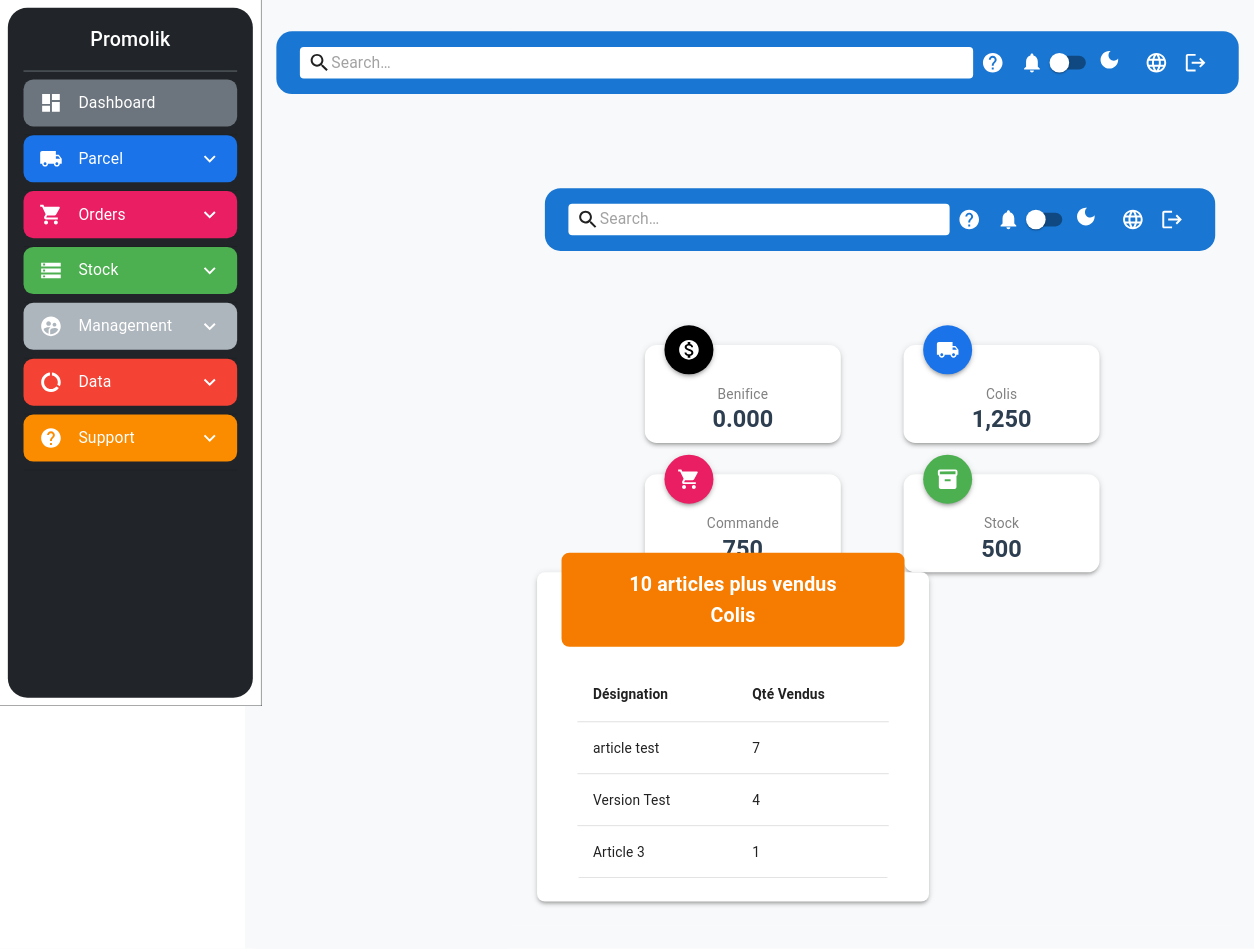
Repository: yosrjdly/stk
Page: /dashboard (app in dashboard/)
An editor plug-in stored every save of this project. The page is shown before and after the next save, followed by the edit.
The browser window is 1280 px wide. The pictures show the whole page, at 98% of full size.
The project was rebuilt for these pictures with package versions that can differ from the ones it lists, and the page was loaded fresh each time. The framework's server and built-in components were replaced by stand-ins that run in the browser. Also part of the build but not shown: dashboard/next.config.ts.

Above is the page before, as saved 2025-02-14 18:26:36.

### dashboard/src/app/dashboard/Layout.tsx
"use client";

import { Box, CssBaseline, Toolbar } from "@mui/material";
import Sidebar from "../../componenets/sidebar/SideBar";
import Navbar from "../../componenets/navbar/Navbar"; // Assuming you have a Navbar component
import { ReactNode } from "react";

interface LayoutProps {
  children: ReactNode;
}

export default function Layout({ children }: LayoutProps) {
  return (
    <Box sx={{ display: "flex" }}>
      <CssBaseline />

      {/* Sidebar (Permanent) */}
      <Sidebar />

      {/* Main Content Area */}
      <Box
        component="main"
        sx={{

          flexGrow: 1,
          p: 3,
          width: `calc(100% - 250px)`, // Adjusting main content width to fit sidebar
          backgroundColor: "#f8f9fa",
          minHeight: "100vh",
        }}
      >
        {/* Navbar */}
        <Navbar />

        {/* Page Content */}
        <Toolbar /> {/* Keeps content from being hidden behind Navbar */}
        {children}
      </Box>
    </Box>
  );
}

### dashboard/src/app/dashboard/page.tsx
import DashboardStats from "@/componenets/cards/smallCard/StatisticCard";
import Layout from "../dashboard/Layout";
import TopSellingCard from "@/componenets/cards/mediumCard/TopSellingCard";

export default function DashboardHome() {
  return (
    <Layout>
    <DashboardStats/>
    <TopSellingCard/>
    </Layout>
  );
}

### dashboard/src/componenets/sidebar/SideBar.tsx
"use client";

import { useState } from "react";
import { useRouter, usePathname } from "next/navigation";
import {
  Drawer,
  List,
  ListItemButton,
  ListItemText,
  Collapse,
  Divider,
  Typography,
  Box,
  IconButton,
} from "@mui/material";
import { ExpandLess, ExpandMore, Brightness4, Brightness7 } from "@mui/icons-material";
import DashboardIcon from '@mui/icons-material/Dashboard';
import LocalShippingIcon from '@mui/icons-material/LocalShipping';
import ShoppingCartIcon from '@mui/icons-material/ShoppingCart';
import StorageIcon from '@mui/icons-material/Storage';
import SupervisedUserCircleIcon from '@mui/icons-material/SupervisedUserCircle';
import DataUsageIcon from '@mui/icons-material/DataUsage';
import HelpIcon from '@mui/icons-material/Help';

const menuItems = [
  {
    title: "Dashboard",
    path: "/dashboard",
    color: "#6c757d",
    icon: <DashboardIcon />,
  },
  {
    title: "Parcel",
    subItems: [
      { title: "Exchange List", path: "/dashboard/parcel/exchangeList" },
      { title: "Exchange Return", path: "/dashboard/parcel/exchangeReturn" },
      { title: "Exchange Creation", path: "/dashboard/parcel/exchangeCreation" },
      { title: "Package Creation", path: "/dashboard/parcel/packageCreation" },
      { title: "Package Edit", path: "/dashboard/parcel/packageEdit" },
      { title: "Package List", path: "/dashboard/parcel/packageList" },
      { title: "Parcel Return", path: "/dashboard/parcel/parcelReturn" },
    ],
    color: "#1a73e8",
    icon: <LocalShippingIcon />,
  },
  {
    title: "Orders",
    subItems: [
      { title: "Cash Sale", path: "/dashboard/orders/cashSale" },
      { title: "Orders", path: "/dashboard/orders/orders" },
    ],
    color: "#e91e63",
    icon: <ShoppingCartIcon />,
  },
  {
    title: "Stock",
    subItems: [
      { title: "Add Article", path: "/dashboard/stock/addArticle" },
      { title: "Entred Stock", path: "/dashboard/stock/entredStock" },
      { title: "Notification", path: "/dashboard/stock/notification" },
      { title: "Stock", path: "/dashboard/stock/stock" },
    ],
    color: "#4caf50",
    icon: <StorageIcon />,
  },
  {
    title: "Management",
    subItems: [
      { title: "Delivery Company", path: "/manegement/deliveryCompany" },
      { title: "Profile", path: "/dashboard/management/profile" },
      { title: "Profit", path: "/dashboard/management/profit" },
      { title: "Spending", path: "/dashboard/management/spending" },
      { title: "User", path: "/dashboard/management/user" },
    ],
    color: "#adb5bd",
    icon: <SupervisedUserCircleIcon />,
  },
  {
    title: "Data",
    subItems: [
      { title: "Archived Parcel", path: "/dashboard/data/archivedParcel" },
      { title: "Command Deleted", path: "/dashboard/data/commandDeleted" },
      { title: "Deleted Parcel", path: "/dashboard/data/deletedParcel" },
      { title: "Inventory Removed", path: "/dashboard/data/inventoryRemoved" },
    ],
    color: "#f44335",
    icon: <DataUsageIcon />,
  },
  {
    title: "Support",
    subItems: [
      { title: "About Us", path: "/dashboard/support/aboutUs" },
      { title: "Claims", path: "/dashboard/support/claims" },
      { title: "User Guide", path: "/dashboard/support/userGuide" },
    ],
    color: "#fb8c00",
    icon: <HelpIcon />,
  },
];

export default function Sidebar() {
  const router = useRouter();
  const pathname = usePathname();
  const [openSections, setOpenSections] = useState<Record<string, boolean>>({});

  const toggleSection = (title: string) => {
    setOpenSections((prev) => ({
      ...prev,
      [title]: !prev[title],
    }));
  };

  return (
    <Drawer variant="permanent" sx={{ width: 250, flexShrink: 0, marginTop: 2 }}>
      <Box sx={{ height: "100%", width: 250, padding: 2, backgroundColor: "#212529", borderRadius: 5, margin: 1 }}>
        <Typography variant="h6" sx={{ color: "white", textAlign: "center", mb: 2 }}>
          Promolik
        </Typography>
        <Divider sx={{ backgroundColor: "#6c757d" }} />
        <List>
          {menuItems.map((item, index) => {
            const isParentActive = item.subItems?.some((subItem) => pathname === subItem.path);

            return (
              <div key={index}>
                {item.subItems ? (
                  <>
                    <ListItemButton
                      sx={{
                        backgroundColor: item.color,
                        borderRadius: "10px",
                        marginBottom: 1,
                        color: "white",
                      }}
                      onClick={() => toggleSection(item.title)}
                    >
                      {item.icon}
                      <ListItemText primary={item.title} sx={{ ml: 2 }} />
                      {openSections[item.title] ? <ExpandLess /> : <ExpandMore />}
                    </ListItemButton>
                    <Collapse in={openSections[item.title]} timeout="auto" unmountOnExit>
                      <List component="div" disablePadding>
                        {item.subItems.map((subItem, subIndex) => (
                          <ListItemButton
                            key={subIndex}
                            sx={{
                              pl: 4,
                              backgroundColor: pathname === subItem.path ? item.color : "transparent",
                              borderRadius: pathname === subItem.path ? "10px" : "0px",
                              marginBottom: 1,
                              color: pathname === subItem.path ? "white" : "#ccc",
                            }}
                            onClick={() => router.push(subItem.path)}
                          >
                            <ListItemText primary={subItem.title} />
                          </ListItemButton>
                        ))}
                      </List>
                    </Collapse>
                  </>
                ) : (
                  <ListItemButton
                    sx={{
                      backgroundColor: pathname === item.path ? item.color : "transparent",
                      borderRadius: pathname === item.path ? "10px" : "0px",
                      marginBottom: 1,
                      color: pathname === item.path ? "white" : "#ccc",
                    }}
                    onClick={() => router.push(item.path)}
                  >
                    {item.icon}
                    <ListItemText primary={item.title} sx={{ ml: 2 }} />
                  </ListItemButton>
                )}
                <Divider />
              </div>
            );
          })}
        </List>
      </Box>
    </Drawer>
  );
}

### dashboard/src/componenets/navbar/Navbar.tsx
'use client';

import React, { useState } from 'react';
import { AppBar, Toolbar, IconButton, InputBase, Menu, MenuItem, Switch, FormControlLabel } from '@mui/material';
import { Search as SearchIcon, Help as HelpIcon, Notifications as NotificationsIcon, Language as LanguageIcon, Logout as LogoutIcon, DarkMode as DarkModeIcon } from '@mui/icons-material';
import { useTheme } from '@mui/material/styles';

const Navbar = () => {
  const [anchorEl, setAnchorEl] = useState(null);
  const [themeMode, setThemeMode] = useState(false); // Dark mode state

  const theme = useTheme();

  const handleMenuOpen = (event) => {
    setAnchorEl(event.currentTarget);
  };

  const handleMenuClose = () => {
    setAnchorEl(null);
  };

  const toggleTheme = () => {
    setThemeMode((prev) => !prev);
    // You can add a theme switcher logic here (like changing the theme color)
  };

  return (
    <AppBar
      position="sticky"
      sx={{
        mx: 1,
        mt: 1,
        borderRadius: '16px',
        boxShadow: 'none',
        backdropFilter: 'blur(10ppx',
        zIndex: 1200,
      }}
    >
      <Toolbar>
        {/* Search Bar */}
        <InputBase
          placeholder="Search…"
          startAdornment={<SearchIcon />}
          sx={{ flexGrow: 1, backgroundColor: theme.palette.background.default, borderRadius: '4px', paddingLeft: '8px' }}
        />

        {/* Help Icon */}
        <IconButton color="inherit" onClick={handleMenuOpen}>
          <HelpIcon />
        </IconButton>

        {/* Notifications Icon */}
        <IconButton color="inherit">
          <NotificationsIcon />
        </IconButton>

        {/* Theme Switch */}
        <FormControlLabel
          control={<Switch checked={themeMode} onChange={toggleTheme} />}
          label={<DarkModeIcon />}
        />

        {/* Language Icon */}
        <IconButton color="inherit">
          <LanguageIcon />
        </IconButton>

        {/* Logout Icon */}
        <IconButton color="inherit">
          <LogoutIcon />
        </IconButton>
      </Toolbar>

      {/* Help Icon Menu */}
      <Menu
        anchorEl={anchorEl}
        open={Boolean(anchorEl)}
        onClose={handleMenuClose}
      >
        <MenuItem onClick={handleMenuClose}>Help Center</MenuItem>
        <MenuItem onClick={handleMenuClose}>Contact Support</MenuItem>
      </Menu>
    </AppBar>
  );
};

export default Navbar;

### dashboard/src/componenets/cards/smallCard/StatisticCard.tsx
'use client';

import React from 'react';
import { Card, CardContent, Typography, Box } from '@mui/material';
import MonetizationOnIcon from '@mui/icons-material/MonetizationOn';
import LocalShippingIcon from '@mui/icons-material/LocalShipping';
import ShoppingCartIcon from '@mui/icons-material/ShoppingCart';
import InventoryIcon from '@mui/icons-material/Inventory';

const StatisticCard = ({
  title,
  value,
  icon,
  bgColor,
}: {
  title: string;
  value: string;
  icon: React.ReactNode;
  bgColor: string;
}) => {
  return (
    <Box sx={{ position: 'relative', display: 'inline-block', mx: 2 }}>
      {/* Floating Icon */}
      <Box
        sx={{
          position: 'absolute',
          top: -20,
          left: 20,
          width: 50,
          height: 50,
          borderRadius: '50%',
          backgroundColor: bgColor,
          display: 'flex',
          alignItems: 'center',
          justifyContent: 'center',
          boxShadow: 3,
        }}
      >
        {icon}
      </Box>

      {/* Card */}
      <Card
        sx={{
          width: 200,
          height: 100,
          borderRadius: 3,
          textAlign: 'center',
          boxShadow: 3,
          backgroundColor: 'white',
          pt: 3,
        }}
      >
        <CardContent>
          <Typography variant="body2" sx={{ color: 'gray' }}>
            {title}
          </Typography>
          <Typography variant="h5" sx={{ fontWeight: 'bold', color: '#2D3E50' }}>
            {value}
          </Typography>
        </CardContent>
      </Card>
    </Box>
  );
};

const DashboardStats = () => {
  const stats = [
    { title: 'Benifice', value: '0.000', icon: <MonetizationOnIcon sx={{ color: 'white' }} />, bgColor: 'black' },
    { title: 'Colis', value: '1,250', icon: <LocalShippingIcon sx={{ color: 'white' }} />, bgColor: '#1a73e8' },
    { title: 'Commande', value: '750', icon: <ShoppingCartIcon sx={{ color: 'white' }} />, bgColor: '#e91e63' },
    { title: 'Stock', value: '500', icon: <InventoryIcon sx={{ color: 'white' }} />, bgColor: '#4caf50' },
  ];

  return (
    <Box display="flex" justifyContent="center" gap={4} flexWrap="wrap" mt={4}>
      {stats.map((stat, index) => (
        <StatisticCard key={index} title={stat.title} value={stat.value} icon={stat.icon} bgColor={stat.bgColor} />
      ))}
    </Box>
  );
};

export default DashboardStats;

### dashboard/src/componenets/cards/mediumCard/TopSellingCard.tsx
"use client";

import { Card, CardContent, Typography, Table, TableBody, TableCell, TableContainer, TableHead, TableRow, Paper, Box } from "@mui/material";

const data = [
  { name: "article test", quantity: 7 },
  { name: "Version Test", quantity: 4 },
  { name: "Article 3", quantity: 1 },
];

const TopSellingCard = () => {
  return (
    <Card sx={{ width: 400, borderRadius: 2, boxShadow: 3, overflow: "visible", display: "flex", flexDirection: "column", alignItems: "center", justifyContent: "center", position: "relative" }}>
      <CardContent sx={{ backgroundColor: "#f57c00", color: "white", textAlign: "center", padding: 2, width: 350, position: "absolute", top: -20,borderRadius: 2 }}>
        <Typography variant="h6" fontWeight="bold">
          10 articles plus vendus
        </Typography>
        <Typography variant="h6" fontWeight="bold">
          Colis
        </Typography>
      </CardContent>
      <CardContent sx={{ width: 350, marginTop: 10 }}>
        <TableContainer component={Paper} elevation={0} sx={{ boxShadow: "none" }}>
          <Table>
            <TableHead>
              <TableRow>
                <TableCell sx={{ fontWeight: "bold" }}>Désignation</TableCell>
                <TableCell sx={{ fontWeight: "bold" }}>Qté Vendus</TableCell>
              </TableRow>
            </TableHead>
            <TableBody>
              {data.map((item, index) => (
                <TableRow key={index}>
                  <TableCell>{item.name}</TableCell>
                  <TableCell>{item.quantity}</TableCell>
                </TableRow>
              ))}
            </TableBody>
          </Table>
        </TableContainer>
      </CardContent>
    </Card>
  );
};

export default TopSellingCard;

Loaded but not shown: dashboard/src/app/layout.tsx (common file); dashboard/src/app/globals.css (common file)

After the next save:
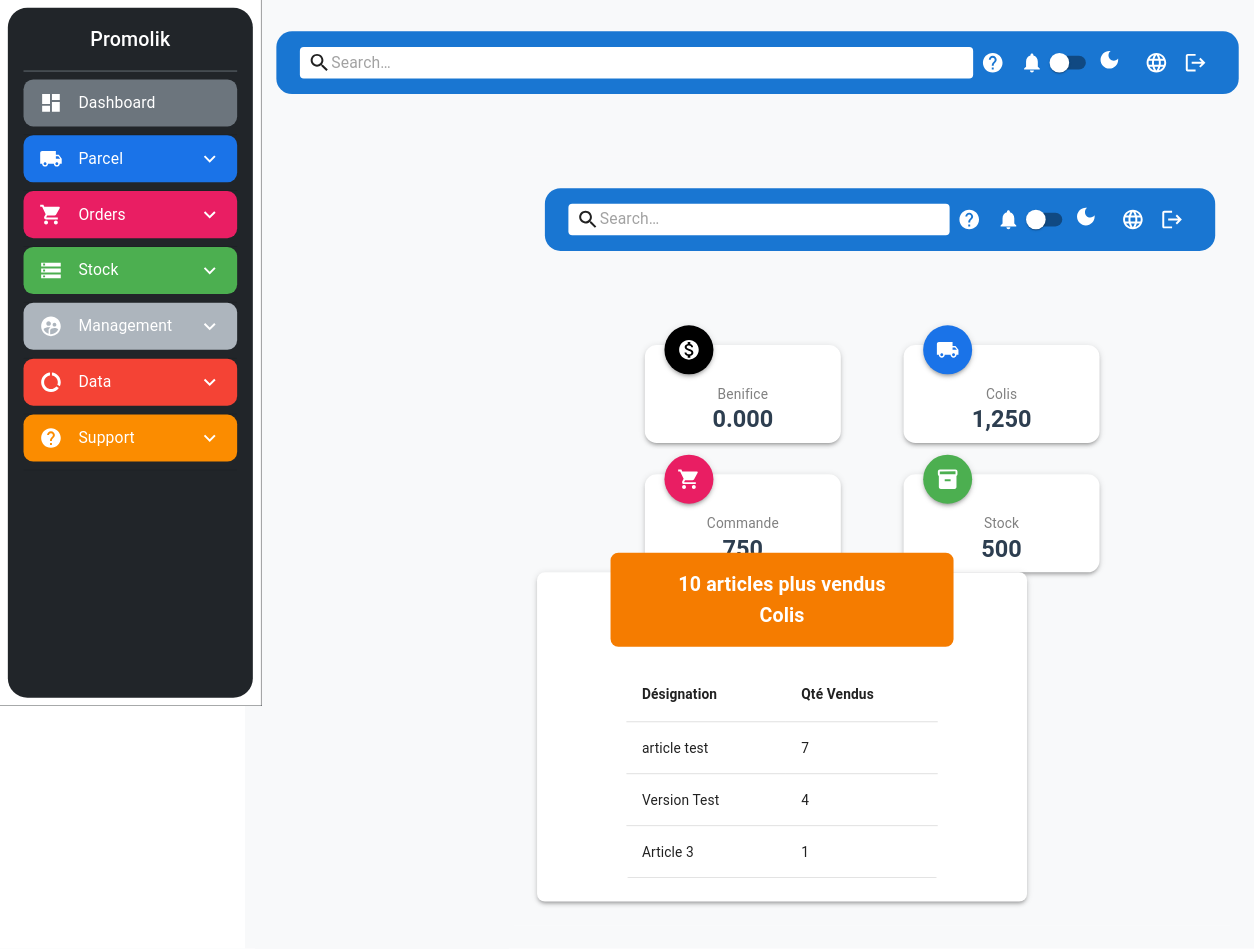
Saved 2 min 53 s later.
--- a/dashboard/src/componenets/cards/mediumCard/TopSellingCard.tsx
+++ b/dashboard/src/componenets/cards/mediumCard/TopSellingCard.tsx
@@ -10,7 +10,7 @@ const data = [
 
 const TopSellingCard = () => {
   return (
-    <Card sx={{ width: 400, borderRadius: 2, boxShadow: 3, overflow: "visible", display: "flex", flexDirection: "column", alignItems: "center", justifyContent: "center", position: "relative" }}>
+    <Card sx={{ width: 500, borderRadius: 2, boxShadow: 3, overflow: "visible", display: "flex", flexDirection: "column", alignItems: "center", justifyContent: "center", position: "relative" }}>
       <CardContent sx={{ backgroundColor: "#f57c00", color: "white", textAlign: "center", padding: 2, width: 350, position: "absolute", top: -20,borderRadius: 2 }}>
         <Typography variant="h6" fontWeight="bold">
           10 articles plus vendus
